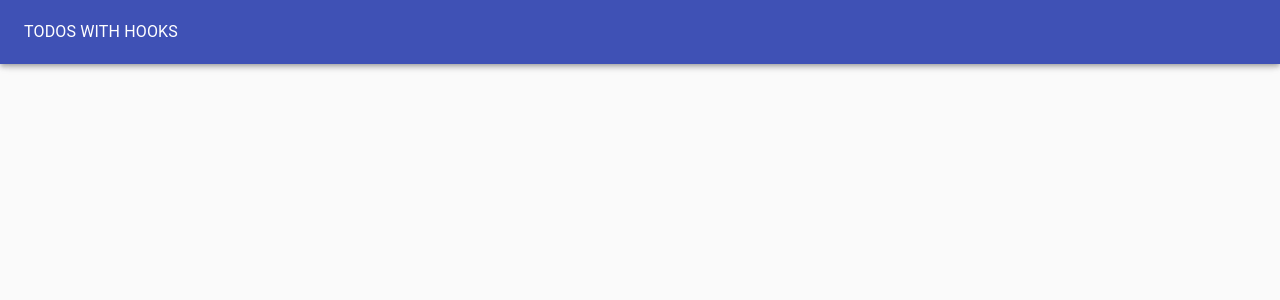
Repository: fulman/todo
Page: /
The author's editor kept a copy of each file at every save. The page is drawn from the files as they stood at one save, then again after the next save.
The browser window is 1280 px wide. The pictures show the whole page.
The project was rebuilt for these pictures with package versions that can differ from the ones it lists, and the page was loaded fresh each time.

Above is the page before, as saved 2020-09-27 12:30:25.

### src/App.js
import React from "react";
import TodoApp from "./TodoApp";

function App() {
  return <TodoApp />;
}

export default App;

### src/TodoApp.js
import React, { useState } from "react";
import Typography from "@material-ui/core/Typography";
import Paper from "@material-ui/core/Paper";
import AppBar from "@material-ui/core/AppBar";
import Toolbar from "@material-ui/core/Toolbar";
import Grid from "@material-ui/core/Grid";

function TodoApp() {
  const initialTodos = [
    { id: 1, task: "Finish homework", completed: false },
    { id: 2, task: "Clean house", completed: true },
    { id: 3, task: "Fast typing", completed: false },
  ];
  const [todos, setTodos] = useState(initialTodos);
  return (
    <Paper
      style={{
        padding: 0,
        margin: 0,
        height: "100vh",
        backgroundColor: "#fafafa",
      }}
      elevation={0}
    >
      <AppBar color="primary" positino="static" style={{ height: "64px" }}>
        <Toolbar>
          <Typography color="inherit">TODOS WITH HOOKS</Typography>
        </Toolbar>
      </AppBar>
    </Paper>
  );
}

export default TodoApp;

### src/TodoList.js
import React from "react";
import Paper from "@material-ui/core/Paper";
import List from "@material-ui/core/List";
import ListItem from "@material-ui/core/ListItem";
import ListItemText from "@material-ui/core/ListItemText";
import Divider from "@material-ui/core/Divider";

function TodoList(props) {
  return (
    <Paper>
      <List>
        {props.todos.map((todo) => (
          <>
            <ListItem>
              <ListItemText>{todo.task}</ListItemText>
            </ListItem>
            <Divider />
          </>
        ))}
      </List>
    </Paper>
  );
}

export default TodoList;

Loaded but not shown: public/index.html (common file); src/index.js (common file); src/index.css (common file); src/serviceWorker.js (common file)

After the next save:
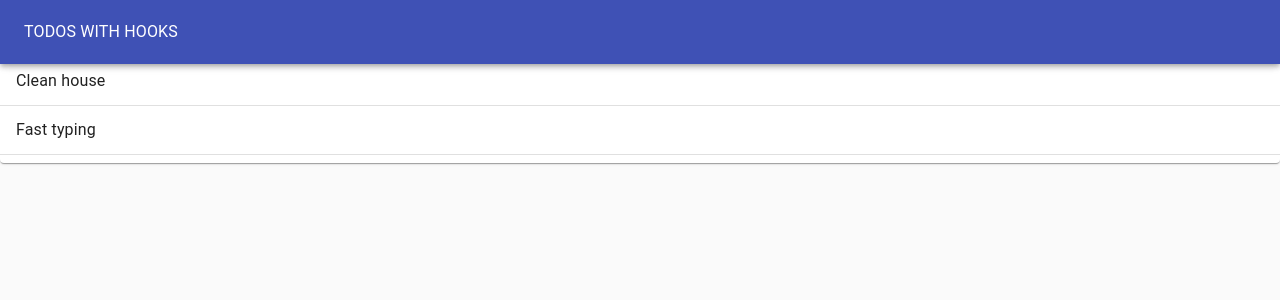
Saved 86 s later.
--- a/src/TodoApp.js
+++ b/src/TodoApp.js
@@ -4,6 +4,7 @@ import Paper from "@material-ui/core/Paper";
 import AppBar from "@material-ui/core/AppBar";
 import Toolbar from "@material-ui/core/Toolbar";
 import Grid from "@material-ui/core/Grid";
+import TodoList from "./TodoList";
 
 function TodoApp() {
   const initialTodos = [
@@ -27,6 +28,7 @@ function TodoApp() {
           <Typography color="inherit">TODOS WITH HOOKS</Typography>
         </Toolbar>
       </AppBar>
+      <TodoList todos={todos} />
     </Paper>
   );
 }
